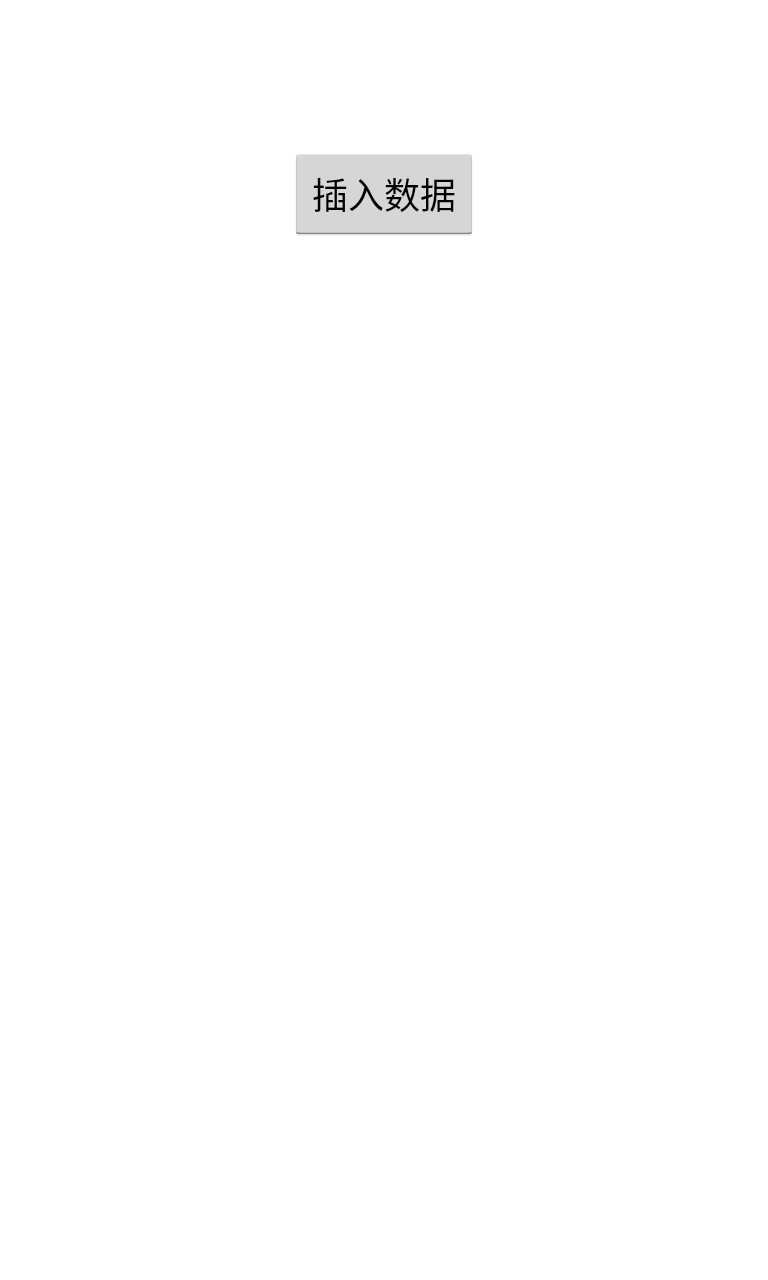
Repository: xunxian/Java-Web
Layout: SQLiteDB/res/layout/activity_main.xml
An editor plug-in stored every save of this project. The layout is shown before and after the next save, followed by the edit.
It is drawn on a 768 x 1280 px phone screen (xhdpi) without system bars, with theme AppTheme; the app's code is not run.

Above is the layout before, as saved 2016-01-29 13:46:19.

After the next save:
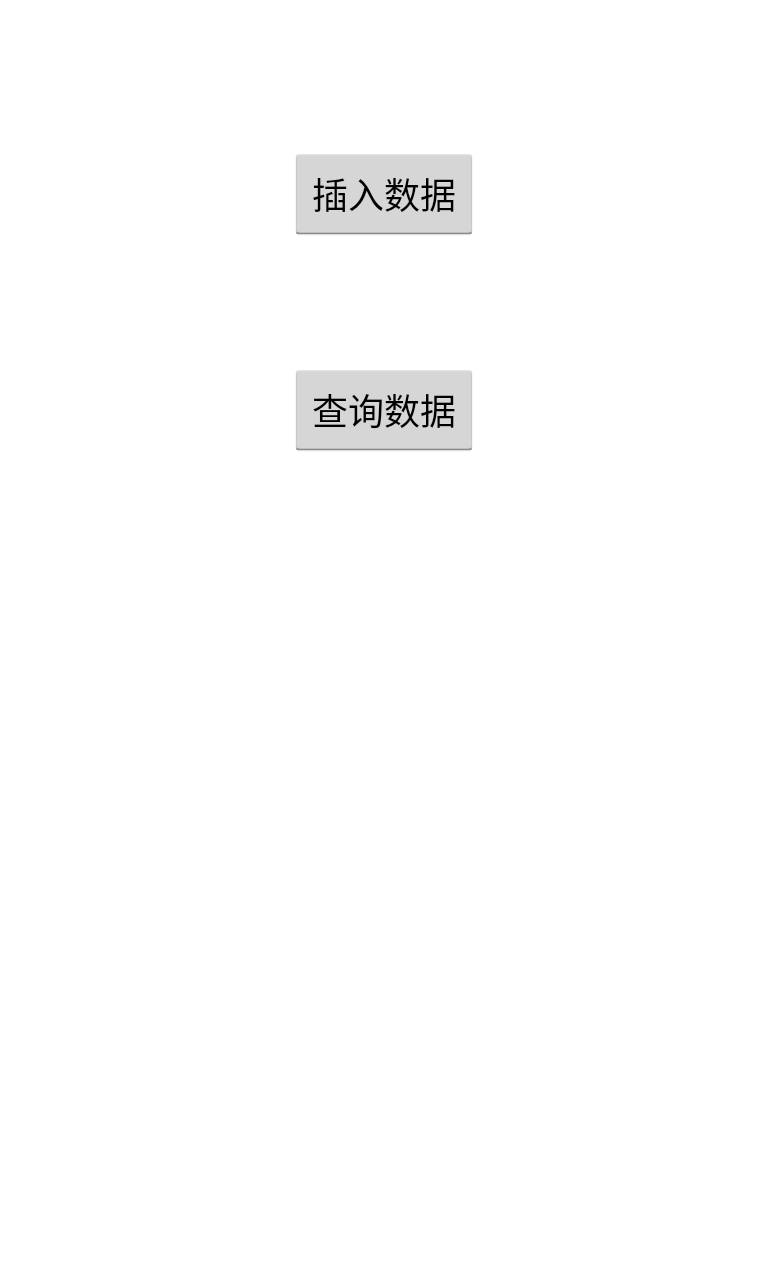
Saved 15 min 47 s later.
--- a/SQLiteDB/res/layout/activity_main.xml
+++ b/SQLiteDB/res/layout/activity_main.xml
@@ -17,4 +17,13 @@
         android:layout_marginTop="57dp"
         android:text="插入数据" />
 
+    <Button
+        android:id="@+id/button1"
+        android:layout_width="wrap_content"
+        android:layout_height="wrap_content"
+        android:layout_below="@+id/db_insert"
+        android:layout_centerHorizontal="true"
+        android:layout_marginTop="60dp"
+        android:text="查询数据" />
+
 </RelativeLayout>
